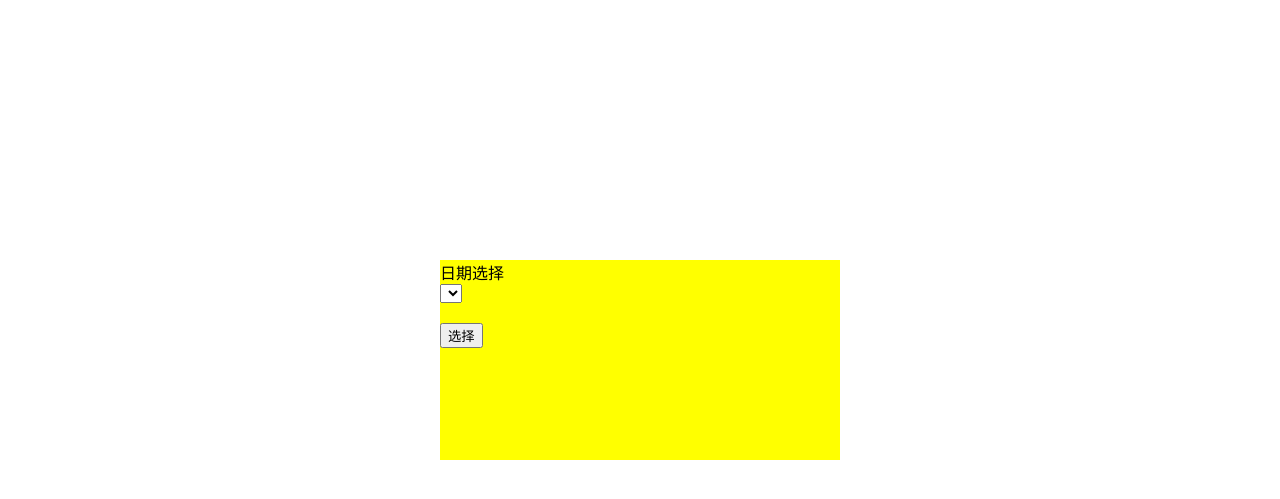
Repository: yz990219/InfectStatisticWeb
Page: http://localhost/MyInfectStatisticWeb/dateChoose.jsp
The author's editor kept a copy of each file at every save. The page is drawn from the files as they stood at one save, then again after the next save.
The browser window is 1280 px wide. The pictures show the whole page.
The page is served by Tomcat 9. Other server files are loaded and not shown.

Above is the page before, as saved 2020-03-13 14:13:17.

### MyInfectStatisticWeb/WebContent/dateChoose.jsp
<%@ page language="java" contentType="text/html; charset=utf-8"
	pageEncoding="utf-8"%>
<%@ page import="hw2.*"%>
<%@ page import="java.util.*"%>
<%@ page import="java.io.File"%>
<!DOCTYPE html>
<html>
<head>
<title>日期选择</title>
<link href="css/datechoose.css" rel="stylesheet">
</head>
<body>
	<div class="datechoose">
		<form action="index.jsp" method="post">
			<%
				ArrayList<String> fileNameList = new ArrayList<String>();
				String[] temp;
				String path = "D:\\InfectStatisticWeb\\MyInfectStatisticWeb\\WebContent\\log\\";
				File name = new File(path);
				temp = name.list();
				if (name.isDirectory()) {
					for (int i = 0; i < temp.length; i++) {
						fileNameList.add(temp[i]);
					}
				}
			%>
			<div>日期选择</div>
			<div>
				<select name="date">
					<%
						for (int i = 0; i < fileNameList.size(); i++) {
					%>
					<option
						value="<%=fileNameList.get(i).substring(0, fileNameList.get(i).length() - 8)%>">
						<%=fileNameList.get(i).substring(0, fileNameList.get(i).length() - 8)%>
					</option>
					<%
						}
					%>
				</select>
			</div>
			<div style="margin-top: 20px">
				<button type="submit">选择</button>
			</div>

		</form>
	</div>

</body>
</html>

### MyInfectStatisticWeb/WebContent/css/datechoose.css
@charset "UTF-8";
.datechoose {
	background:#ffff00;
    width: 400px;
    height: 200px;
    position: fixed;
    left: 50%;
    top: 50%;
    z-index: 11;
    /*设定这个div的margin-top的负值为自身的高度的一半,margin-left的值也是自身的宽度的一半的负值.*/
    /*宽为400,那么margin-top为-200px*/
    /*高为200那么margin-left为-100px;*/
    margin: -100px 0 0 -200px;
}
.form{
	margin: 100px 0 0 200px;
}

After the next save:
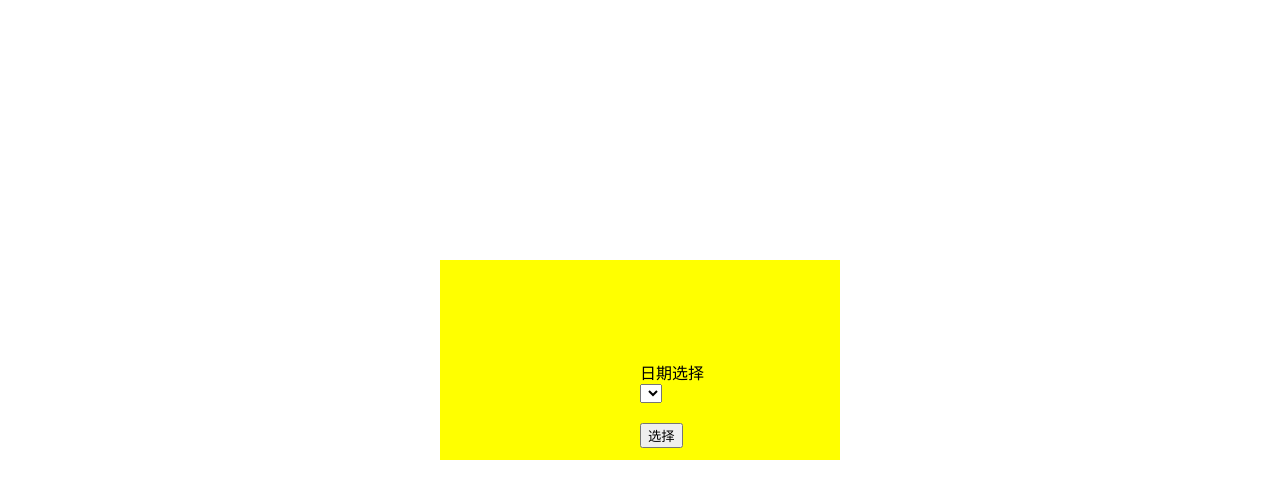
Saved 13 s later.
--- a/MyInfectStatisticWeb/WebContent/dateChoose.jsp
+++ b/MyInfectStatisticWeb/WebContent/dateChoose.jsp
@@ -11,7 +11,7 @@
 </head>
 <body>
 	<div class="datechoose">
-		<form action="index.jsp" method="post">
+		<form class="form" action="index.jsp" method="post">
 			<%
 				ArrayList<String> fileNameList = new ArrayList<String>();
 				String[] temp;
